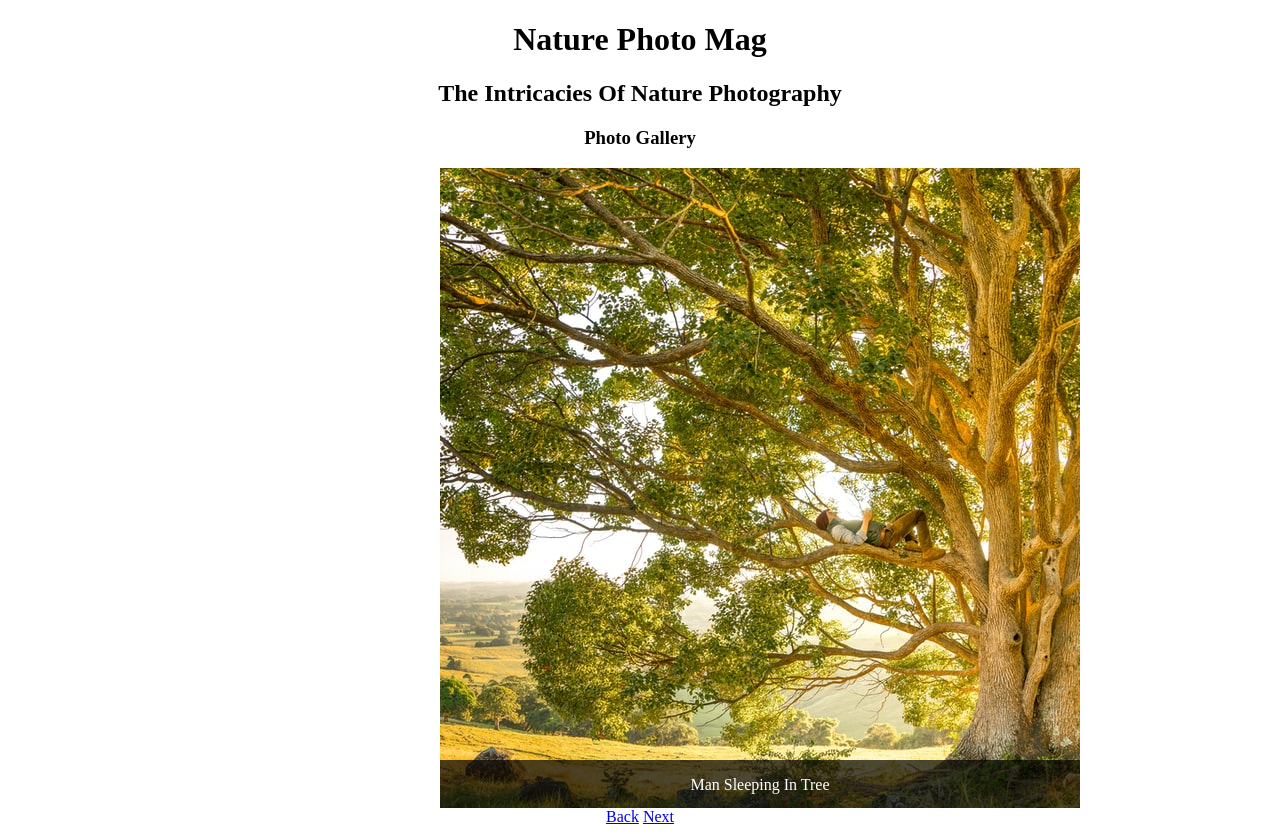
Repository: alexmaddux99/Image-Gallery
Page: index.html
An editor plug-in stored every save of this project. The page is shown before and after the next save, followed by the edit.
The browser window is 1280 px wide. The pictures show the whole page.

Above is the page before, as saved 2022-03-08 12:07:04.

### index.html
<!DOCTYPE html>
<html lang="en">
<head>
  <meta charset="UTF-8">
  <title>A Simple Carousel -  LIVE DEMO</title>
  <link rel="stylesheet" href="css/main.css">
  <script  src="js/main.js" defer></script>

</head>
<body>

<h1>Nature Photo Mag</h1>
<h2>The Intricacies Of Nature Photography</h2>
<section>
  <h3>Photo Gallery</h3>

  <figure class="frame">

    <img class="slide current" src="images/1.jpg" alt="Man Sleeping In Tree">
    <img class="slide" src="images/2.jpg" alt="Sun Peeking Through Trees">
    <img class="slide" src="images/3.jpg" alt="Couple Looking At Mountain Overlooking Lake">
    <img class="slide" src="images/4.jpg" alt="Northern Lights">
    <img class="slide" src="images/5.jpg" alt="Storm On The Coast">
    <img class="slide" src="images/6.jpg" alt="Mountain Overlooking house">
    <img class="slide" src="images/7.jpg" alt="Aerial Shot of Antartic Landscape">
    <img class="slide" src="images/8.jpg" alt="Close Up Of Crystal">
    <img class="slide" src="images/9.jpg" alt="Aerial Shot Of Remote Landscape">
    <img class="slide" src="images/10.jpg" alt="Aerial Shot Overlooking Ice Berg">




    <figcaption class="caption"></figcaption>
  </figure>

  <div class="controls">
    <a href="#" class="back-btn">Back</a>
    <a href="#" class="next-btn">Next</a>
  </div>

</section>

</body>
</html>

### css/main.css
* {
  box-sizing:border-box;
}

body {
  text-align:center;
}

section {
  width: 400px;
  margin: auto;
}

.frame {
  position:relative;
  width:640px;
  height:640px;
  margin: auto;

}

.slide {
  display:block;
  margin-bottom: 2rem;
}


.hide {
  opacity: 0;
  transition: opacity .5s ease-out;
}


.current {
  transition: opacity .5s ease-out;
}


.abs-pos {
  position: absolute;
}

.caption {
  position: absolute;
  z-index: 3;
  color: #fff;
  background: rgba(0, 0, 0, .7);
  bottom: 0;
  width: 100%;
  height: 1rem;
  padding: 1rem 1rem 2rem 1rem;
}

.controls {
  display: none;
}

### js/main.js
document.addEventListener('DOMContentLoaded', init);

function init() {
  //create shortcut vars
  const back_btn = document.querySelector(".back-btn");
  const next_btn = document.querySelector(".next-btn");
  const frame = document.querySelector(".frame");
  const slides = frame.querySelectorAll("img");
  const caption = document.querySelector(".caption");
  const controls = document.querySelector(".controls");

  //with JS active, hide all images
  slides.forEach((slide) => {
    slide.classList.add("hide", "abs-pos");
  });

  // show the first slide
  slides[0].classList.remove("hide");

  //make the controls work
   next_btn.addEventListener("click",changeSlide);
   back_btn.addEventListener("click", changeSlide);

   // set the caption dynamically
   caption.innerHTML = frame.firstElementChild.alt;

   //show the controls
   controls.style.display = "block";
}



function changeSlide(e) {

    // stop link from trying to reload page
    e.preventDefault();

    //shortcut vars
    const frame = document.querySelector(".frame");
    const slides = frame.querySelectorAll("img");
    const caption = document.querySelector(".caption");
    let showing = document.querySelector(".current");
    let nextUp = "";

    if(e.target.className == 'next-btn') {
      nextUp = showing.nextElementSibling;
    }

    if(e.target.className == 'back-btn') {
      nextUp = showing.previousElementSibling;
    }

    // deactivate current image
    showing.classList.toggle("hide");
    showing.classList.toggle("current");

    //make sure next image is there
    if (!nextUp) {
      nextUp = slides[slides.length - 1];
    }

    if (nextUp.nodeName !== "IMG") {
      nextUp = slides[0];
    }

    // activate next image
    nextUp.classList.toggle("hide");
    nextUp.classList.toggle("current");

    //change caption text
    caption.innerHTML = nextUp.alt;
  }

After the next save:
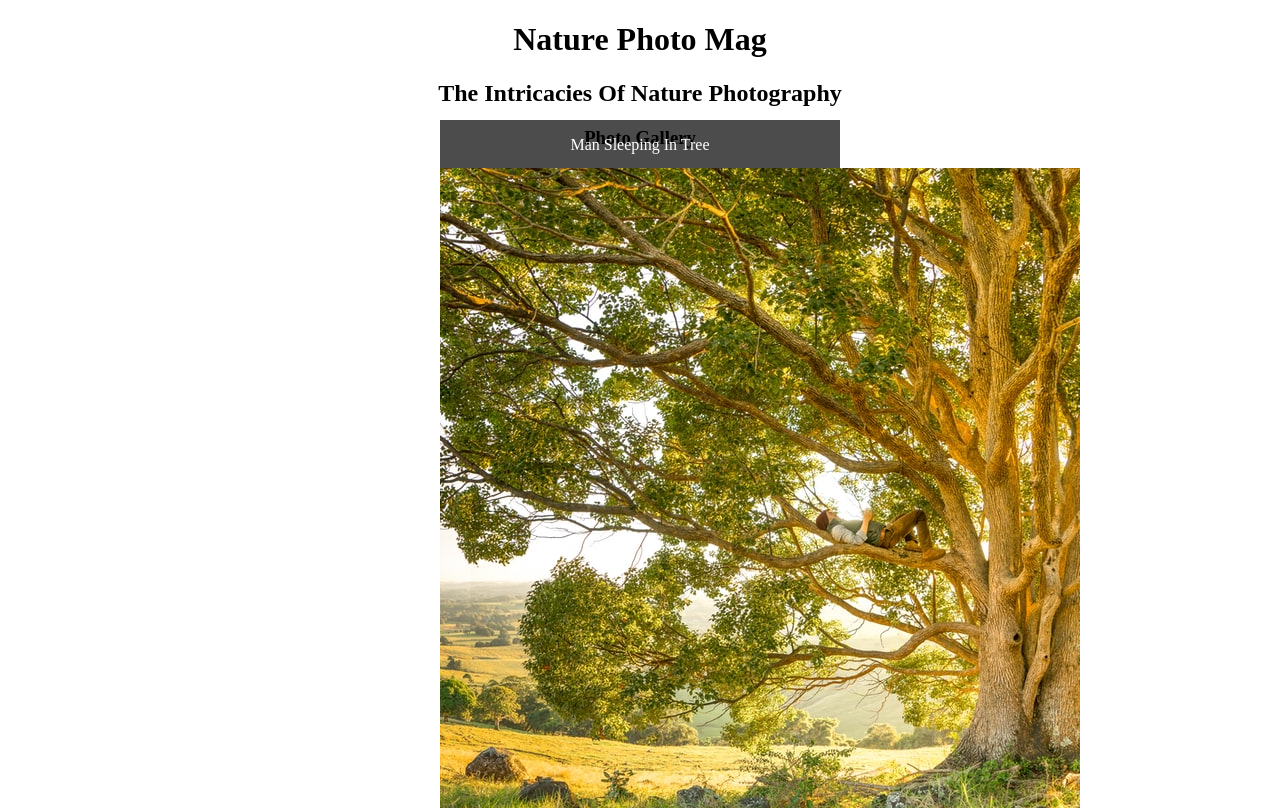
Saved 11 s later.
--- a/css/main.css
+++ b/css/main.css
@@ -13,8 +13,7 @@
 
 .frame {
   position:relative;
-  width:640px;
-  height:640px;
+
   margin: auto;
 
 }

After the save that followed:
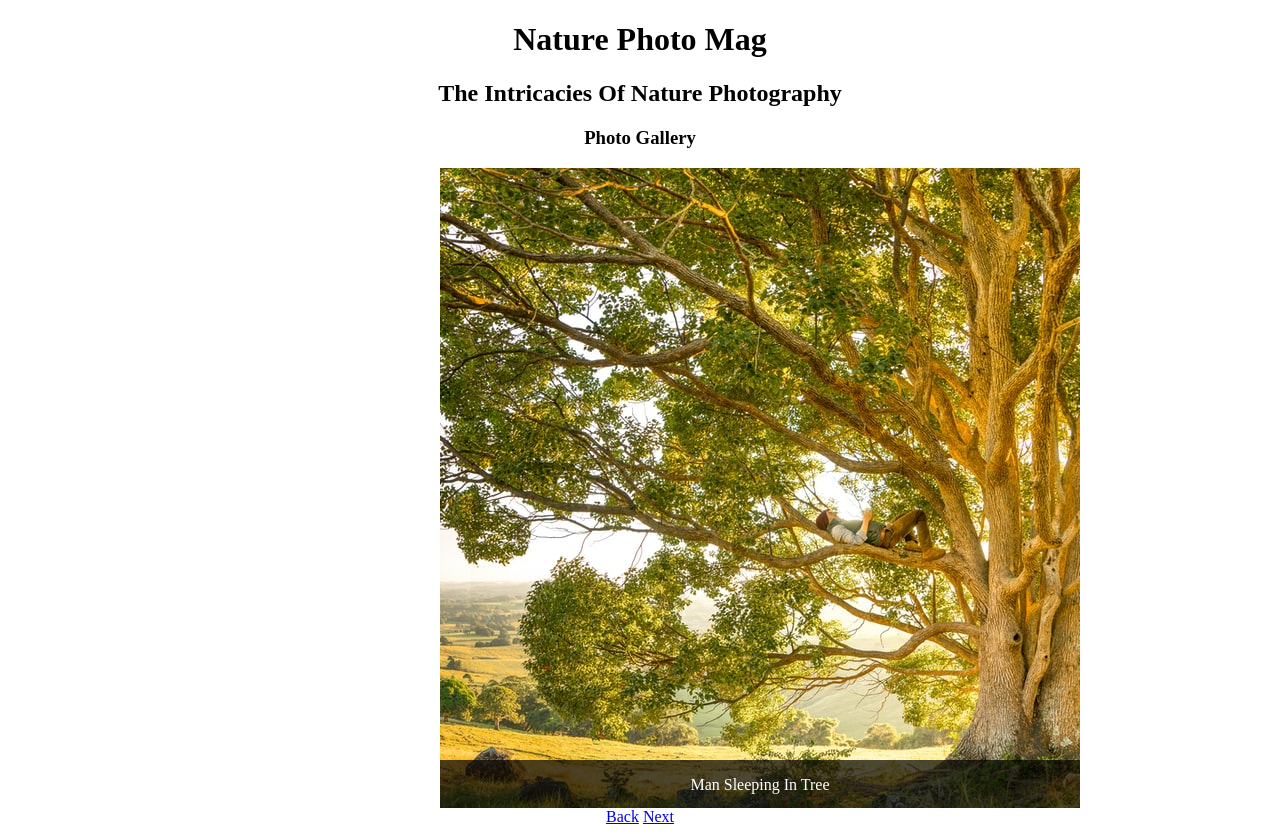
Saved 6 s later.
--- a/css/main.css
+++ b/css/main.css
@@ -13,7 +13,8 @@
 
 .frame {
   position:relative;
-
+  width:640px;
+  height:640px;
   margin: auto;
 
 }
